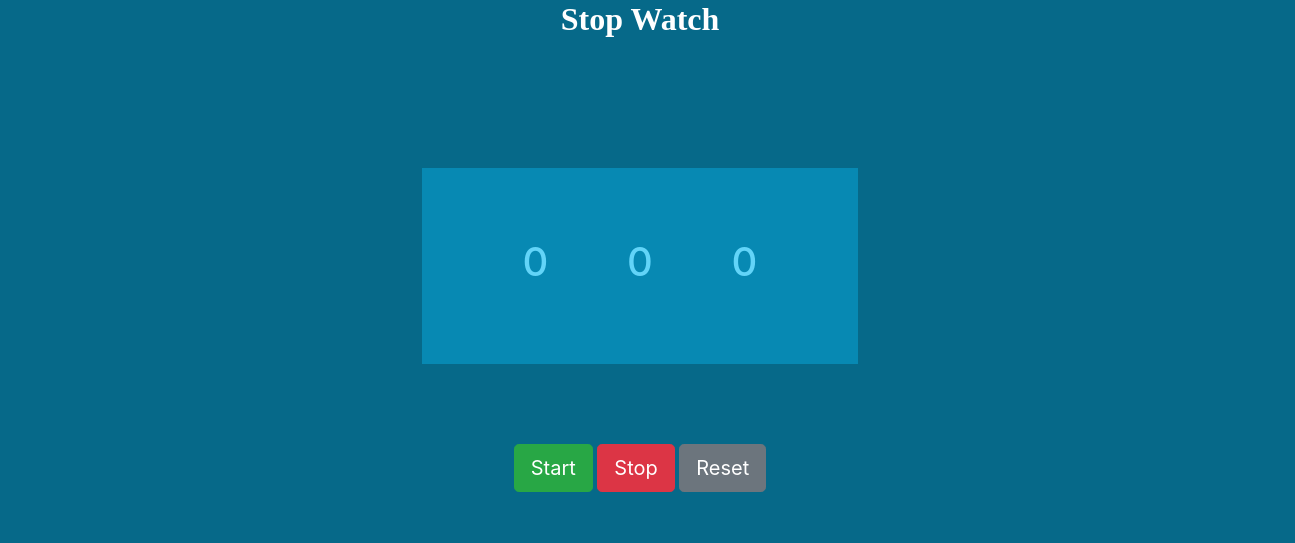
Repository: moiz9265/stopwatch
Page: index.html
The author's editor kept a copy of each file at every save. The page is drawn from the files as they stood at one save, then again after the next save.
The browser window is 1280 px wide. The page is 1295 px wide, so the pictures cover 1295 px, including what lies to the right of the window. The pictures show the whole page.

Above is the page before, as saved 2020-07-09 23:33:10.

### index.html
<!DOCTYPE html>
<html lang="en">
  <head>
    <meta charset="utf-8">
    <title>Stop Watch</title>

    <link rel="stylesheet" href="css/bootstrap.min.css">
    <link rel="stylesheet" href="css/style.css" type="text/css">


    </script>
  </head>
  <body>
      <h2  style="text-align: center; color: white; font-family: Times New Roman; font-weight: bold;">Stop Watch</h2>
        <div class="row" style="margin-top: 80px;">
            <div class="col-md-4">

            </div>
            <div id="maindiv" style=" text-align: center;" class="col-sm-12 col-md-4">
                <h1 id="minute">0</h1>
                <h1 id="second">0</h1>
                <h1 id="millisec">0</h1>
                <!-- <h1>0</h1> -->
            </div>
            <div class="col-md-4">

            </div>

        </div>
        <div class="row" style="margin-top: 80px;">
            <div class="col-md-4">

            </div>
            <div  style=" text-align: center;" class="col-sm-12 col-md-4">
               <button onclick="start()" id="startbtn" class="btn btn-lg btn-success">Start</button>
               <button onclick="pause()" class="btn btn-lg btn-danger">Stop</button>
               <button onclick="reset()" class="btn btn-lg btn-secondary">Reset</button>

            </div>
            <div class="col-md-4">

            </div>

        </div>

  </body>
  <script src="js/jquery-3.2.1.slim.min.js"></script>
  <script src="js/popper.min.js"></script>
  <script src="js/bootstrap.min.js"> </script>
  <script src="js/app.js">

  </script>
  </script>
</html>

### css/style.css
body{
    background-color: #066989;
}

#maindiv
{
        margin-top: 50px;
    width: 40%;
    background-color: #0789B3;
    padding-top: 70px;
    padding-bottom: 70px;
    padding-left: 30px;
    padding-right: 30px;


}

h1
{
    display: inline-block;
    width: 100px;
   text-align: center;
   color: #62D4F8;
}

### js/app.js
var min = 0;
var sec = 0;
var msec = 0;


var minutecount = document.getElementById('minute');
var secondcount = document.getElementById('second');
var milliseccount = document.getElementById('millisec');
var interval;

function timer()
{
    msec++
    milliseccount.innerHTML = msec;

    if(msec>=100)
    {
        sec++
        secondcount.innerHTML = sec;
        msec = 0;
    }
    else if(sec >= 60)
    {
        min++
        minutecount.innerHTML = min;
        sec = 0;
    }
}


function start()
{
    interval = setInterval(timer,10);
    $("#startbtn").attr("disabled", true);

}

function pause()
{
    clearInterval(interval);
}
function reset()
{
    milliseccount.innerHTML = 0;
    secondcount.innerHTML   = 0;
    minutecount.innerHTML   = 0;
}

Loaded but not shown: css/bootstrap.min.css (library); js/jquery-3.2.1.slim.min.js (library); js/popper.min.js (library); js/bootstrap.min.js (library)

After the next save:
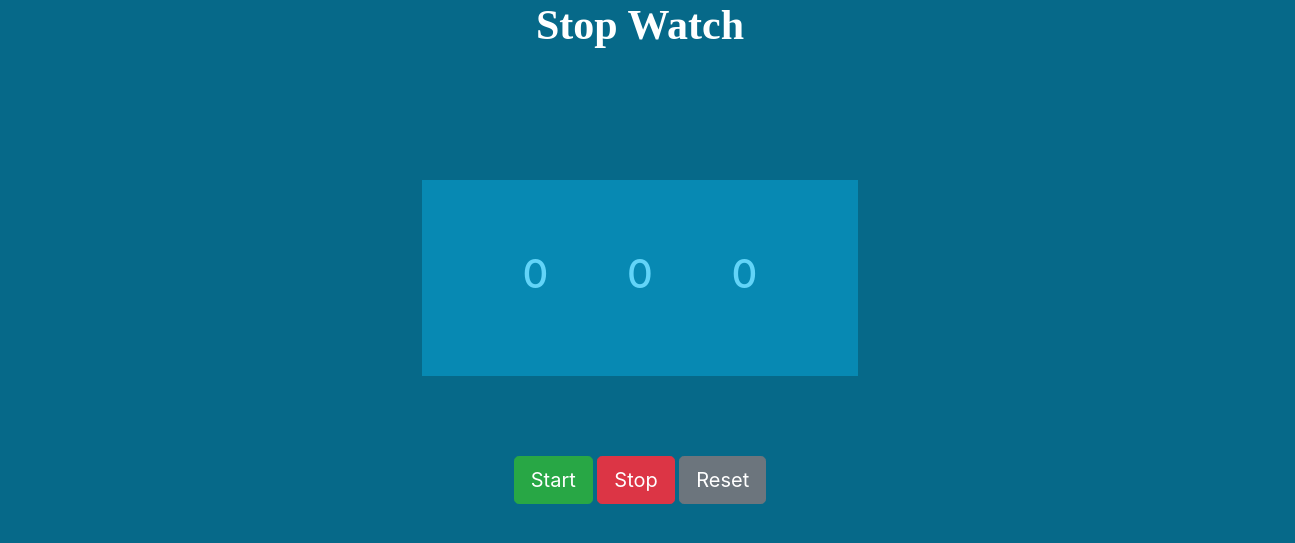
Saved 11 s later.
--- a/index.html
+++ b/index.html
@@ -11,7 +11,7 @@
     </script>
   </head>
   <body>
-      <h2  style="text-align: center; color: white; font-family: Times New Roman; font-weight: bold;">Stop Watch</h2>
+      <h2  style="text-align: center; font-size: 42px; color: white; font-family: Times New Roman; font-weight: bold;">Stop Watch</h2>
         <div class="row" style="margin-top: 80px;">
             <div class="col-md-4">
 
